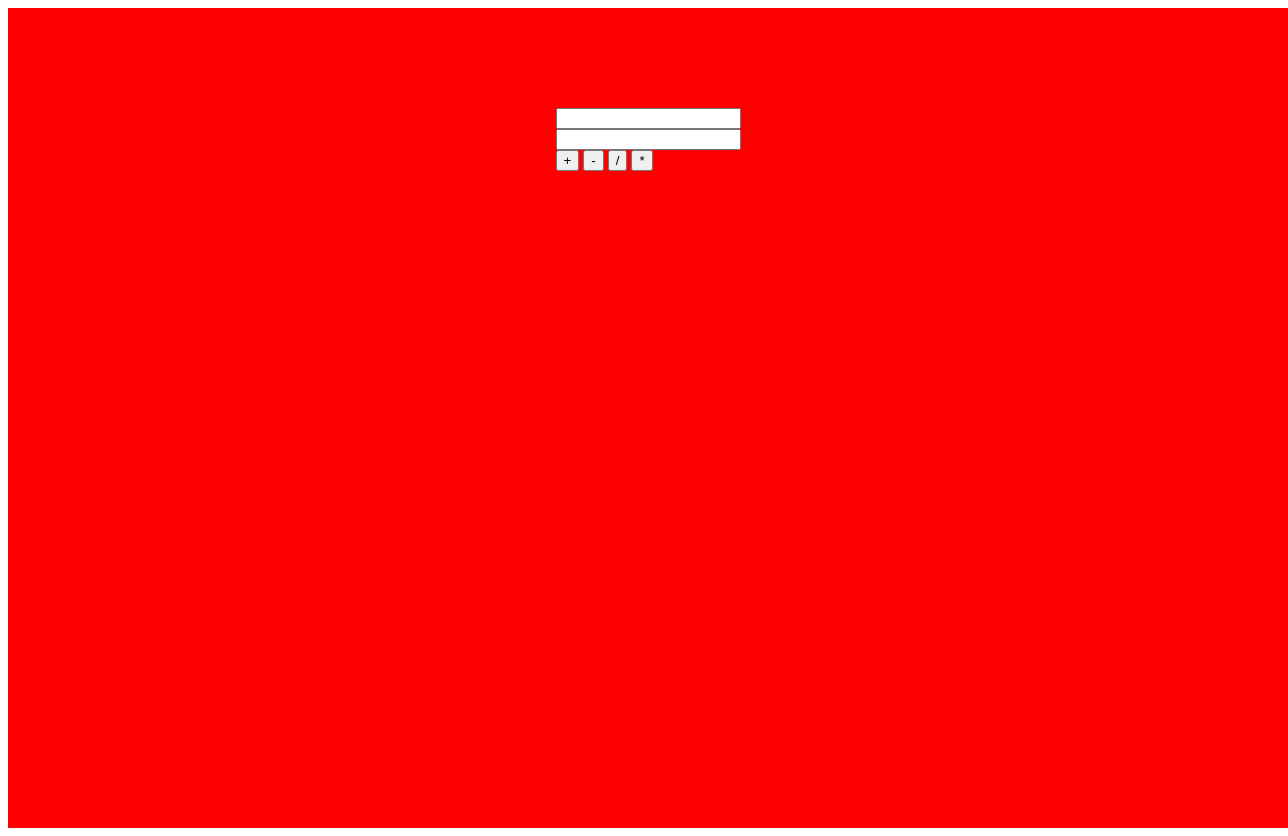
Repository: sajithmadushanka/simple-calculator-using-jsp
Page: http://localhost/simple_calculator/
An editor plug-in stored every save of this project. The page is shown before and after the next save, followed by the edit.
The browser window is 1280 px wide. The page is 1288 px wide, so the pictures cover 1288 px, including what lies to the right of the window. The pictures show the whole page.
The page is served by Tomcat 9. Other server files are loaded and not shown.

Above is the page before, as saved 2023-09-19 09:12:06.

### simple_calculator/WebContent/index.jsp
<%@ page language="java" contentType="text/html; charset=ISO-8859-1"
    pageEncoding="ISO-8859-1"%>
<!DOCTYPE html>
<html>
<head>
<meta charset="ISO-8859-1">
<title>simple calculator</title>
<style>
	.main{
			background-color : red;
			width :100vw;
			height : 100vh;
			display: flex;
		    justify-content: center;
		   	padding-top:100px;
		}
</style>
</head>
<body>
	<div class ="main">
		<form>
			<input type="number" name = "no1"> <br>
			<input type="number" name = "no2"> <br>
			<input type = "button" name = "+" value= "+">
			<input type = "button" name = "-" value= "-">
			<input type = "button" name = "/" value= "/">
			<input type = "button" name = "*" value= "*">
		</form>
	</div>
</body>
</html>

After the next save:
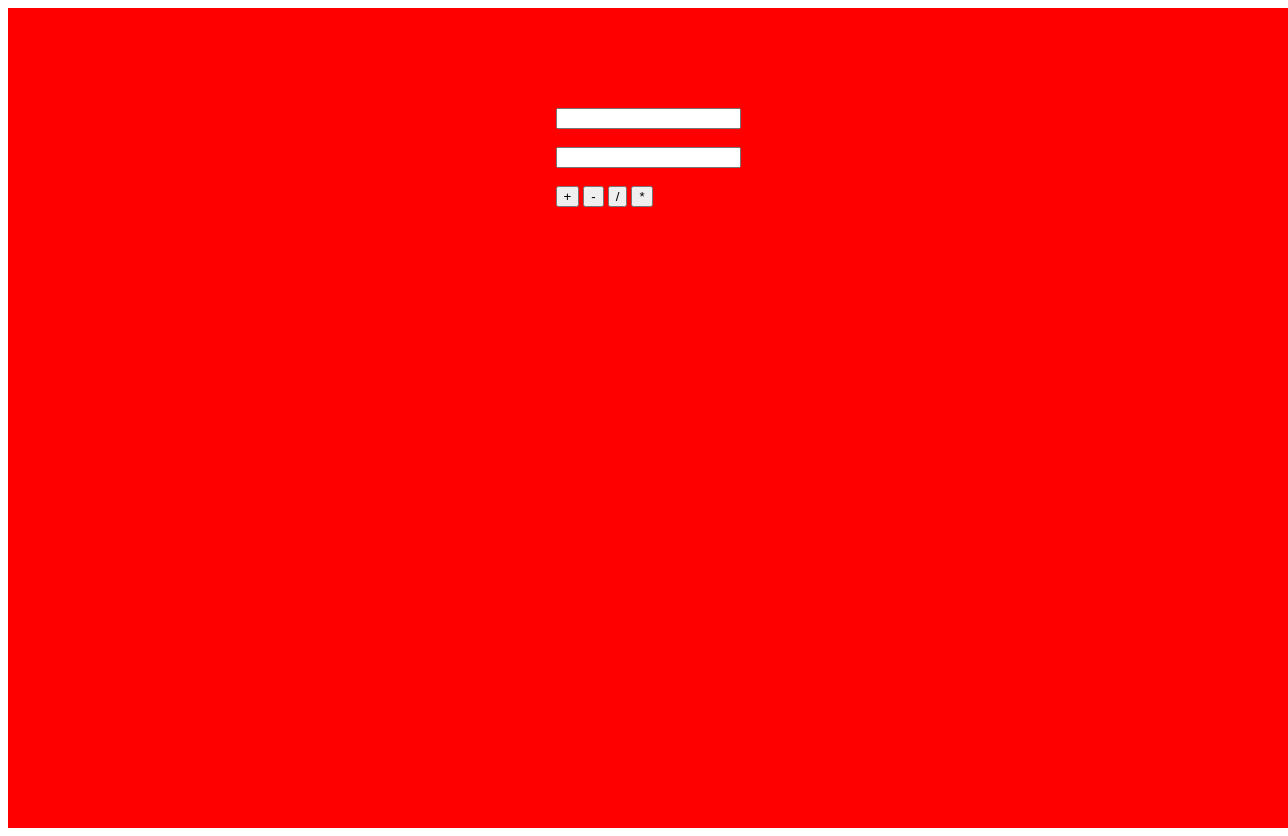
Saved 35 s later.
--- a/simple_calculator/WebContent/index.jsp
+++ b/simple_calculator/WebContent/index.jsp
@@ -19,8 +19,8 @@
 <body>
 	<div class ="main">
 		<form>
-			<input type="number" name = "no1"> <br>
-			<input type="number" name = "no2"> <br>
+			<input type="number" name = "no1"> <br> <br>
+			<input type="number" name = "no2"> <br> <br>
 			<input type = "button" name = "+" value= "+">
 			<input type = "button" name = "-" value= "-">
 			<input type = "button" name = "/" value= "/">
